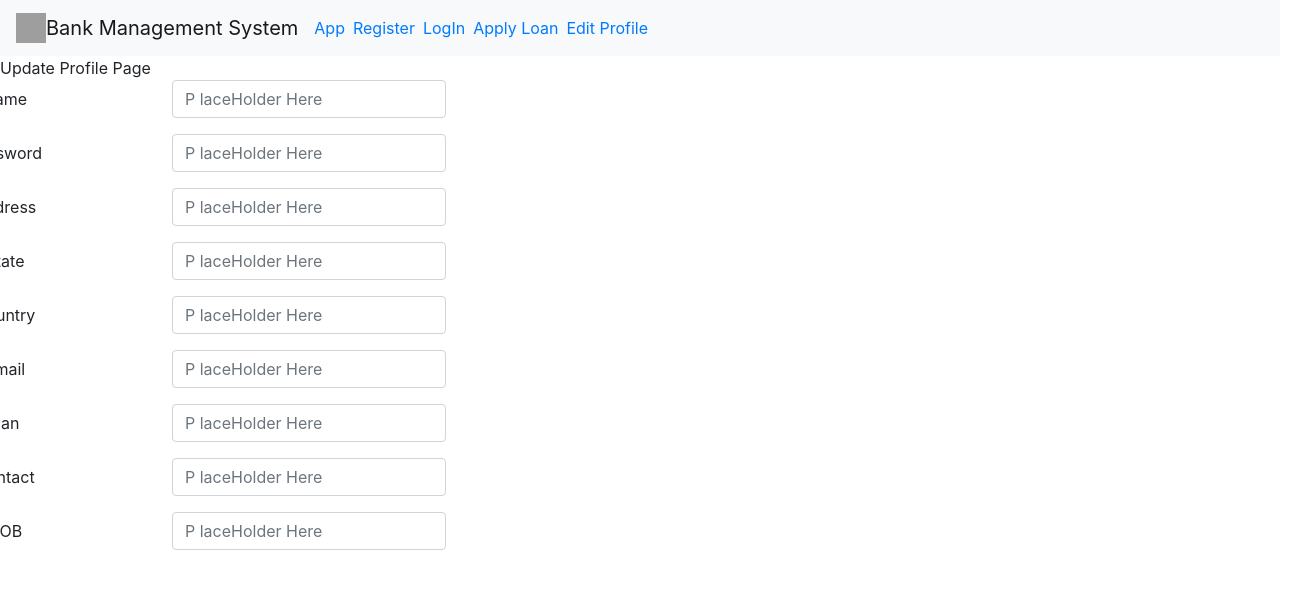
Repository: Nilkumar-Sharma/Bank-Management-System-Frontend-React
Page: /edit
An editor plug-in stored every save of this project. The page is shown before and after a run of saves, followed by the edit.
The browser window is 1280 px wide. The page is 1295 px wide, so the pictures cover 1295 px, including what lies to the right of the window. The pictures show the whole page.
Pictures or frames that could not be fetched are drawn as grey boxes. The project was rebuilt for these pictures with package versions that can differ from the ones it lists, and the page was loaded fresh each time. Also part of the build but not shown: src/App.css, src/components/Shared/MyButton/MyButton.js, src/Counter/Counter.js, src/App.js, src/components/Register/Register.module.scss, src/components/Register/Register.js, src/components/LogIn/LogIn.module.scss, src/components/LogIn/LogIn.js and 2 more.

Above is the page before, as saved 2020-07-28 13:36:17.

### src/index.js
import React from 'react';
import ReactDOM from 'react-dom';
import './index.css';
import App from './App';
import * as serviceWorker from './serviceWorker';
import { Provider } from 'react-redux'
import { createStore } from 'redux'
import rootReducer from './store/reducer'
import { BrowserRouter, Switch,Route,Link } from 'react-router-dom';
import Register from './components/Register/Register'
import { createBrowserHistory } from 'history';
import 'bootstrap/dist/css/bootstrap.min.css';
import LogIn from './components/LogIn/LogIn';
import Loan from './components/Loan/Loan'
import UpdateProfile from './components/Profile/UpdateProfile';

const store = createStore(rootReducer);
store.subscribe(_=>console.log(store.getState()))

ReactDOM.render(
  <Provider store={store}>
    <React.StrictMode>
      <BrowserRouter>

        <nav className="navbar navbar-expand-lg navbar-light bg-light ">
          {/* header */}
          <a className="navbar-brand" href="#">
            <img src="/docs/4.0/assets/brand/bootstrap-solid.svg" width="30" height="30" className="d-inline-block align-top" alt=""></img>
              Bank Management System
  </a>

          <ul className="navbar-nav  mr-auto">
          <li className="nav-item mr-2">
            <Link to="/">App</Link>
            </li>
            <li className="nav-item mr-2">
            <Link to="/register">Register</Link>
          </li>
            <li className="nav-item mr-2">
            <Link to="/login">LogIn</Link>
            </li>
            <li className="nav-item mr-2">
              <Link to="/loan">Apply Loan</Link>
            </li>
            <li className="nav-item mr-2">
              <Link to="/edit">Edit Profile</Link>
            </li>
          </ul>
        </nav>


      {/* A <Switch> looks through its children <Route>s and
            renders the first one that matches the current URL. */}
      <Switch>
        <Route exact path="/">
          <App />
          </Route>
          <Route exact path="/register">
            <Register />
          </Route>
          <Route path="/login">
            <LogIn/>
          </Route>
          <Route path="/loan">
            <Loan></Loan>
          </Route>
          <Route path="/edit">
            <UpdateProfile></UpdateProfile>
          </Route>
      </Switch>
      </BrowserRouter>
    </React.StrictMode>

  </Provider>,
  document.getElementById('root')
);

// If you want your app to work offline and load faster, you can change
// unregister() to register() below. Note this comes with some pitfalls.
// Learn more about service workers: https://bit.ly/CRA-PWA
serviceWorker.unregister();

### src/store/reducer.js
const initialState = {
    counter: 0
};

const rootReducer = (state = initialState, action) => {
    switch (action.type){
    case "INC":
            return { counter: state.counter + 1 }
        case "DEC":
            return { counter: state.counter - 1 }
        default:
            return state
}
}
export default rootReducer;

### src/components/Profile/UpdateProfile.js
import React, { Component } from 'react'
import InputField from '../Shared/InputField/InputField'
/**
 * As a Customer, I should be able to login so that I can update my account details in the system
 * Acceptance criteria: When the Customer logs in, he should be able to update his account details.
 *  extra  Name, Username, Password, Address, State, Country, Email Address, PAN, Contact No, DOB,
 * Account Type etc
 */
class UpdateProfile extends Component{
    constructor(props) {
        super(props);
        this.state = {
            // name:""
        }
        this.handleInputField.bind(this);
    }
    // setS(data) {
        // console.log("daata")
        // this.setState(data)
    // }
     handleInputField = (event)=> {
        this.setState({
                [event.target.name]:event.target.value
        },()=>console.log(this.state));
        //  console.log(this.eve)

    }

    render() {
        return (<div>
            {this.state.Name}
            Update Profile Page
            <InputField Label="Name" name="Name" changes={this.handleInputField}></InputField>
            <InputField Label="Password" name="Password" changes={this.handleInputField}></InputField>
            <InputField Label="Address" name="Address"   changes={this.handleInputField}></InputField>
            <InputField Label="State" name="State"   changes={this.handleInputField}></InputField>

            <InputField Label="Country" name="Country"   changes={this.handleInputField}></InputField>
            <InputField Label="Email" name="Email"   changes={this.handleInputField}></InputField>
            <InputField Label="Pan" name="Pan"   changes={this.handleInputField}></InputField>
            <InputField Label="Contact" name="Contact"   changes={this.handleInputField}></InputField>
            <InputField Label="DOB" name="DOB"   changes={this.handleInputField}></InputField>

        </div>)
    }
}
export default UpdateProfile;

### src/components/Shared/InputField/InputField.js
import React, { Component } from 'react';
import './InputField.css'
class InputField extends Component {
    static defaultProps = {
        type: "text",
        changes:(e)=>console.log(e.target),
        label: "Label",
        classes: "",
        value: "",
        id: "setId",
        name: "name",
        placeHolder: "P laceHolder Here",
    }
    constructor(props) {
        super(props);
        this.state = {
            value: ""
        }

    }
    handleChange(event) {
        this.setState({ value: event.target.value });
        this.props.changes(event);
    }

    render() {
        return (
            // <div className="container-fluid">
            <div className="row">
                <div class="form-group form-inline" >
                <div className="col-6">
                    <label htmlFor={this.props.id}>{this.props.Label}</label>

                </div>
                <div className="col-6">
                        <input className="form-control" name={this.props.name} id={this.props.id} type={this.props.type} onChange={
                        // (this.props.changes) || ((e)=>{this.setState({value:e.target.value})})
                        (event) =>
                            this.handleChange(event)
                    } placeholder={this.props.placeHolder} value={this.state.value}></input>

                    </div>
                </div>
            </div>
        )
    }
}
export default InputField;

### src/components/Shared/InputField/InputField.css
label{
    width: 10px;
}

Loaded but not shown: public/index.html (common file); src/index.css (common file); src/serviceWorker.js (common file)

After the next 2 saves:
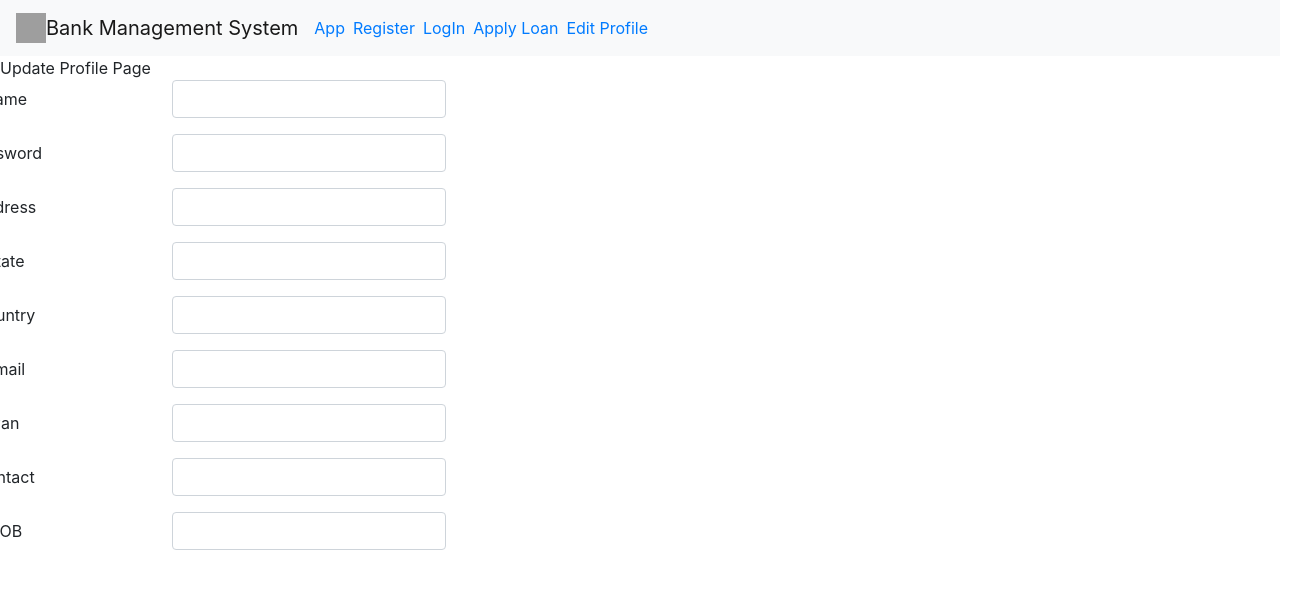
The 2 saves are shown as one change because 1 did not build or start.
The last was saved 47 s later.
--- a/src/components/Shared/InputField/InputField.js
+++ b/src/components/Shared/InputField/InputField.js
@@ -9,7 +9,7 @@ class InputField extends Component {
         value: "",
         id: "setId",
         name: "name",
-        placeHolder: "P laceHolder Here",
+        PlaceHolder: this.label||"PlaceHolder Here",
     }
     constructor(props) {
         super(props);
